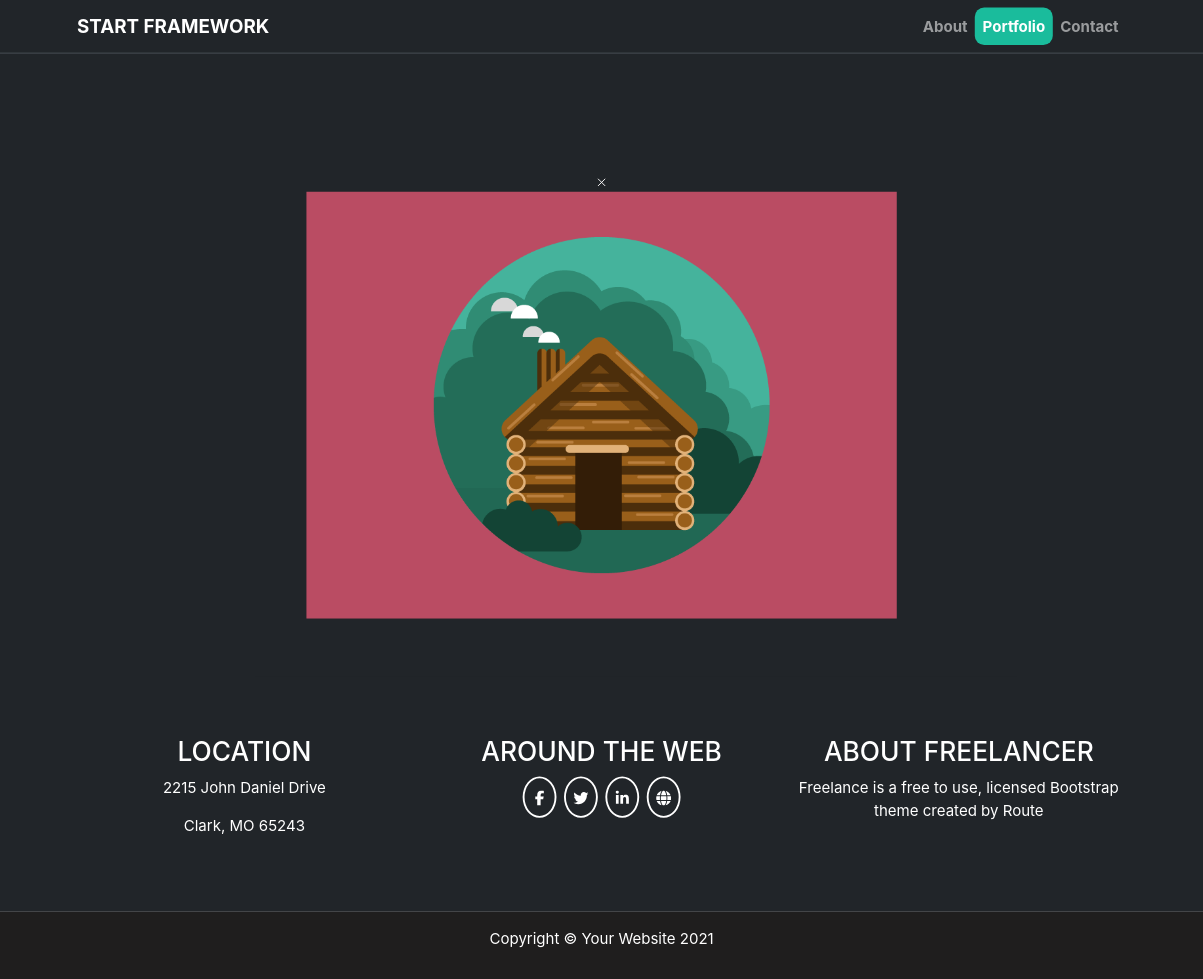
Repository: YomnaWegdan/startFramework
Page: /portfolio, after clicking the first element matching `img.w-100`
The author's editor kept a copy of each file at every save. The page is drawn from the files as they stood at one save, then again after a run of saves.
The browser window is 1280 px wide. The pictures show the whole page, at 94% of full size.
The project was rebuilt for these pictures with package versions that can differ from the ones it lists, and the page was loaded fresh each time. Also part of the build but not shown: src/Components/Home.jsx, src/Components/About.jsx, src/Components/Contact.jsx, src/Components/Error.jsx.

Above is the page before, as saved 2024-02-05 15:04:56.

### src/index.js
import React from 'react';
import ReactDOM from 'react-dom/client';
import 'bootstrap/dist/css/bootstrap.min.css'
import 'bootstrap/dist/js/bootstrap.bundle.min.js'

import './index.css';
import App from './App';
import reportWebVitals from './reportWebVitals';

const root = ReactDOM.createRoot(document.getElementById('root'));
root.render(
  <React.StrictMode>
    <App />
  </React.StrictMode>
);

// If you want to start measuring performance in your app, pass a function
// to log results (for example: reportWebVitals(console.log))
// or send to an analytics endpoint. Learn more: https://bit.ly/CRA-vitals
reportWebVitals();

### src/index.css
body {
  margin: 0;
  font-family: -apple-system, BlinkMacSystemFont, 'Segoe UI', 'Roboto', 'Oxygen',
    'Ubuntu', 'Cantarell', 'Fira Sans', 'Droid Sans', 'Helvetica Neue',
    sans-serif;
  -webkit-font-smoothing: antialiased;
  -moz-osx-font-smoothing: grayscale;
}

code {
  font-family: source-code-pro, Menlo, Monaco, Consolas, 'Courier New',
    monospace;
}
.w-20{
  width: 20%;
}
.home , .about{
  background-color: #1ABC9C;
}
.line{
  background-color: white;
  width: 70px;
  height: 4px;
}
h2{
  font-size: 40px;
}
h3{
  font-weight: 500;
  font-size: 28px;
}
.footer-header {
  background-color: #212529;
}
div.footer{
  background-color: #1f1e1e;
}
.active{
  background-color: #1ABC9C;
  border-radius: 10px;
  color: white;
}

### src/App.js
import { RouterProvider, createBrowserRouter } from 'react-router-dom';
import './App.css';
import Layout from './Components/Layout';
import Home from './Components/Home';
import About from './Components/About';
import Contact from './Components/Contact';
import Error from './Components/Error';
import Portfolio from './Components/Portfolio';

function App() {

  let routes = createBrowserRouter([{
    path:'', element:<Layout/> , children:[
      {index:true , element:<Home/>},
      {path:'/about' , element:<About/>},
      {path:'/portfolio' , element:<Portfolio/>},
      {path:'/contact' , element:<Contact/>},
      {path:'*' , element:<Error/>},




    ]
  }])
  return (
    <div className="App">
    <RouterProvider router={routes}></RouterProvider>
    </div>
  );
}

export default App;

### src/Components/Layout.jsx
import React from 'react'
import Navbar from './Navbar'
import { Outlet } from 'react-router-dom'
import Footer from './Footer'

export default function Layout() {
  return (
    <div>
      <Navbar/>
      <Outlet></Outlet>
      <Footer/>
    </div>
  )
}

### src/Components/Portfolio.jsx
import React, { Fragment, useState } from "react";
import { FaClosedCaptioning, FaStar } from "react-icons/fa6";
import { IoCloseOutline } from "react-icons/io5";

import img1 from "../images/poert1.png";
import img2 from "../images/port2.png";
import img3 from "../images/port3.png";

export default function Portfolio() {
  const [image, setImage] = useState([img1, img2, img3]);
  let [model, setModel] = useState(false);
  const toggleModel = () => {
    setModel(!model);;
    console.log(model)
  }
  return (
    <Fragment>
      <section className="portfolio vh-100 ">
        <div className="container h-100">
          <div className="row h-100 align-items-center justify-content-center align-content-center">
            <div className="col-md-12">
              <h2>PORTFOLIO COMPONENT</h2>
              <div className="d-flex justify-content-center align-items-center my-3">
                <div className="line text-bg-dark"></div>
                <FaStar className=" mx-2 " />
                <div className="line text-bg-dark"></div>
              </div>
            </div>

            {model === false ? (
              image.map((img, index) => (
                <div className="col-lg-4 col-md-6" key={index}>
                  <img
                    src={img}
                    className="w-100"
                    alt="lol"
                    onClick={toggleModel}
                  />
                </div>
              ))
            ) : (
              <div className="model position-fixed top-0 left-0 w-100 h-100 overflow-hidden bg-dark d-flex align-items-center justify-content-center">
                <div className="w-50 h-50 ">
                  <IoCloseOutline onClick={toggleModel} className="text-white end-0"/>
                  <img src={img1} className="w-100" alt="lol" />
                </div>
              </div>
            )}
          </div>
        </div>
      </section>
    </Fragment>
  );
}

### src/Components/Navbar.jsx
import React from "react";
import { NavLink } from "react-router-dom";

export default function Navbar() {
  return (
    <>
      <nav
        className="navbar navbar-expand-lg bg-dark border-bottom border-body fixed-top fw-bold text-transform-Uppercase "
        data-bs-theme="dark"
      >
        <div className="container">
          <NavLink className="navbar-brand" to="/">
            START FRAMEWORK
          </NavLink>
          <button
            className="navbar-toggler"
            type="button"
            data-bs-toggle="collapse"
            data-bs-target="#navbarSupportedContent"
            aria-controls="navbarSupportedContent"
            aria-expanded="false"
            aria-label="Toggle navigation"
          >
            <span className="navbar-toggler-icon"></span>
          </button>
          <div className="collapse navbar-collapse" id="navbarSupportedContent">
            <ul className="navbar-nav ms-auto mb-2 mb-lg-0">
              <li className="nav-item">
                <NavLink className="nav-link" to="/about">
                  About
                </NavLink>
              </li>
              <li className="nav-item">
                <NavLink className="nav-link" to="/portfolio">
                  Portfolio
                </NavLink>
              </li>
              <li className="nav-item">
                <NavLink className="nav-link" to="/Contact">
                  Contact
                </NavLink>
              </li>
            </ul>
          </div>
        </div>
      </nav>
    </>
  );
}

### src/Components/Footer.jsx
import React from "react";
import { FaFacebookF, FaGlobe, FaLinkedinIn, FaTwitter } from "react-icons/fa6";

export default function Footer() {
  return (
    <>
      <footer className=" text-white">
      <div className="footer-header py-5">
        <div className="container py-3">
          <div className="row">
            <div className="col-lg-4 col-md-6">
              <h3>LOCATION</h3>
              <p>2215 John Daniel Drive</p>
              <p>Clark, MO 65243</p>
            </div>
            <div className="col-lg-4 col-md-6">
            <h3>AROUND THE WEB</h3>
            <ul className="d-flex justify-content-center align-items-center list-unstyled">
            <li className="p-2 rounded-circle border border-white border-2"> <FaFacebookF /> </li>
            <li className="p-2 rounded-circle border border-white border-2 mx-2"> <FaTwitter/> </li>
            <li className="p-2 rounded-circle border border-white border-2 me-2"> <FaLinkedinIn /> </li>
            <li className="p-2 rounded-circle border border-white border-2"> <FaGlobe /> </li>
            </ul>
            </div>
            <div className="col-lg-4 col-md-6">
              <h3>ABOUT FREELANCER</h3>
              <p>Freelance is a free to use, licensed Bootstrap theme created by Route</p>
            </div>
          </div>
        </div>
        </div>
        <div className="footer py-3">
        <p>Copyright © Your Website 2021</p>
        </div>
      </footer>

    </>
  );
}

Loaded but not shown: public/index.html (common file); src/reportWebVitals.js (common file); src/App.css (common file)

After the next 3 saves:
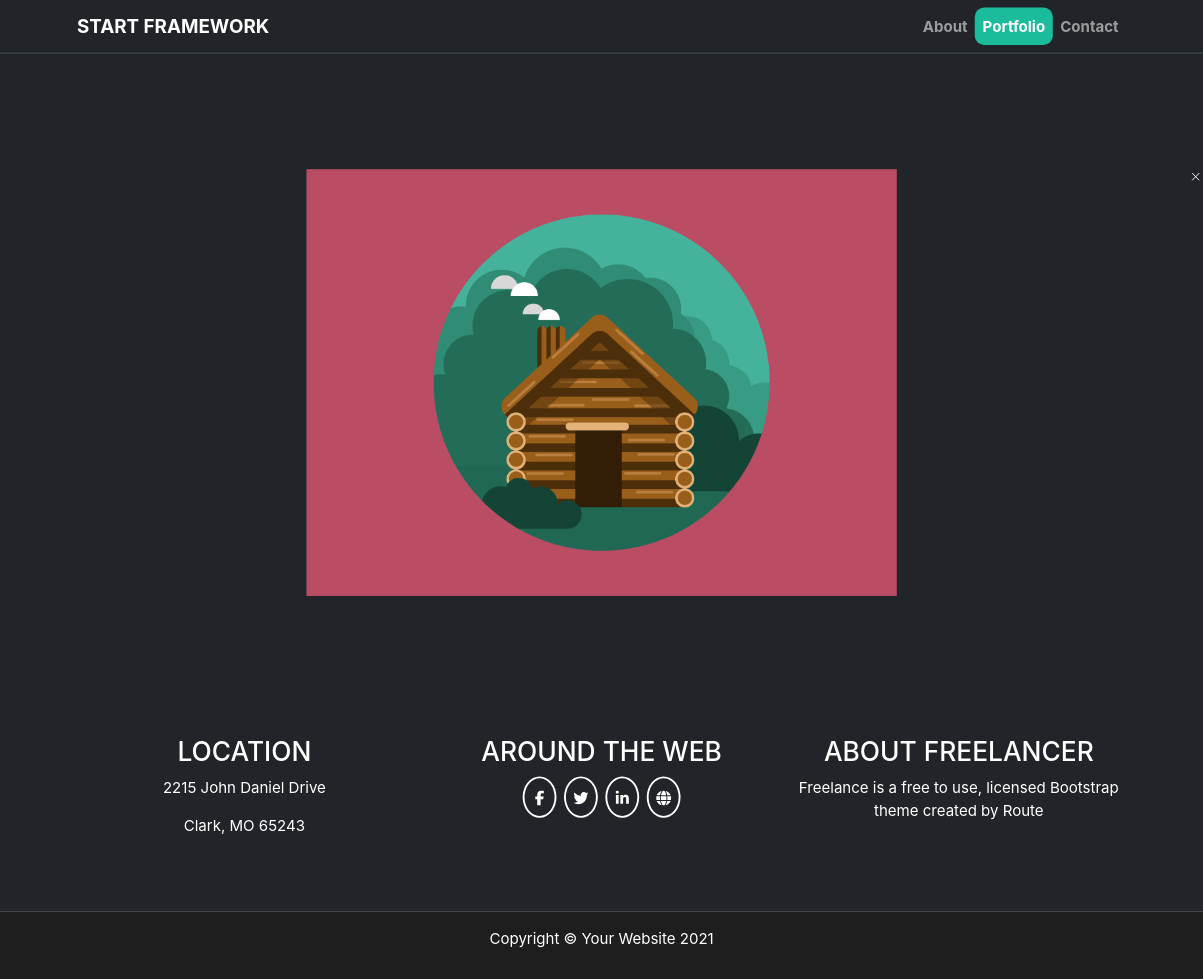
The 3 saves are shown as one change because they came seconds apart.
The last was saved 9 s later.
--- a/src/Components/Portfolio.jsx
+++ b/src/Components/Portfolio.jsx
@@ -41,7 +41,7 @@ export default function Portfolio() {
             ) : (
               <div className="model position-fixed top-0 left-0 w-100 h-100 overflow-hidden bg-dark d-flex align-items-center justify-content-center">
                 <div className="w-50 h-50 ">
-                  <IoCloseOutline onClick={toggleModel} className="text-white end-0"/>
+                  <IoCloseOutline onClick={toggleModel} className="text-white position-absolute end-0"/>
                   <img src={img1} className="w-100" alt="lol" />
                 </div>
               </div>
